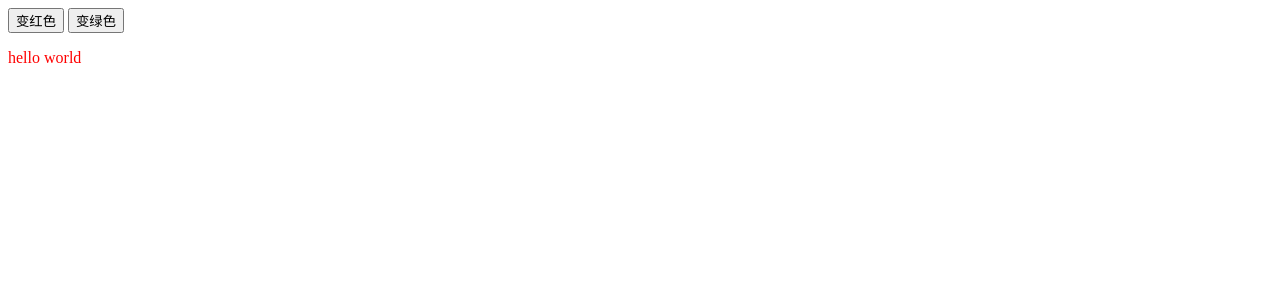
Repository: zhongmoumou/Codes
Page: 测试.html
An editor plug-in stored every save of this project. The page is shown before and after the next save, followed by the edit.
The browser window is 1280 px wide. The pictures show the whole page.

Above is the page before, as saved 2021-12-08 20:43:52.

After the next save:
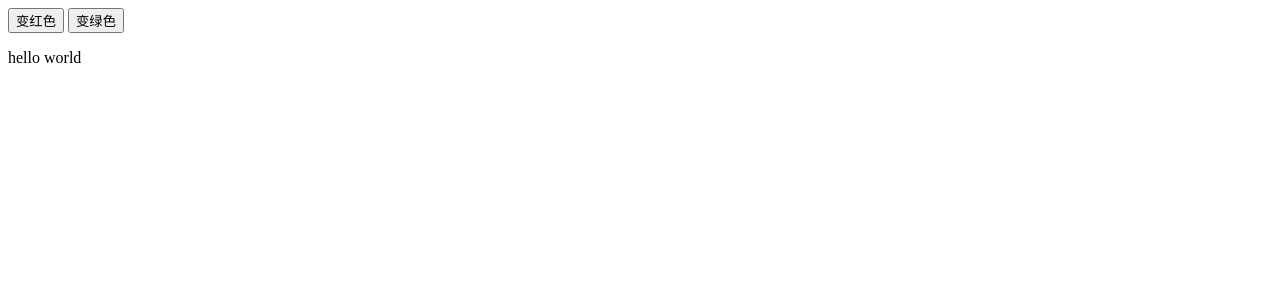
Saved 17 s later.
--- a/测试.html
+++ b/测试.html
@@ -10,7 +10,7 @@
 <body>
   <button id="one">变红色</button>
   <button id="two">变绿色</button>
-  <p style="color: red;">hello world</p>
+  <p style="color: black;">hello world</p>
 
   <script>
     // 1、获取事件源
